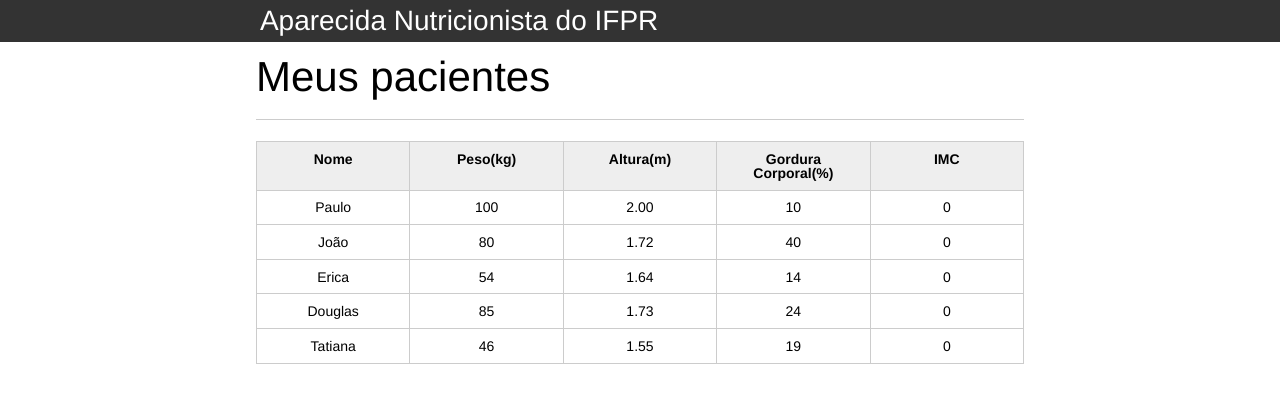
Repository: prof-fernando-alves/introducao-javascript
Page: index.html
The author's editor kept a copy of each file at every save. The page is drawn from the files as they stood at one save, then again after the next save.
The browser window is 1280 px wide. The pictures show the whole page.

Above is the page before, as saved 2021-08-24 15:27:41.

### index.html
<!DOCTYPE html>
<html lang="pt-br">
	<head>
		<meta charset="UTF-8">
		<title>Aparecida Nutrição</title>
		<link rel="icon" href="favicon.ico" type="image/x-icon">
		<link rel="stylesheet" type="text/css" href="css/reset.css">
		<link rel="stylesheet" type="text/css" href="css/index.css">

	</head>
	<body>

		<header>
			<div class="container">
				<h1 class="titulo">Aparecida Nutrição</h1>
			</div>
		</header>
		<main>
			<section class="container">
				<h2>Meus pacientes</h2>
				<table>
					<thead>
						<tr>
							<th>Nome</th>
							<th>Peso(kg)</th>
							<th>Altura(m)</th>
							<th>Gordura Corporal(%)</th>
							<th>IMC</th>
						</tr>
					</thead>
					<tbody id="tabela-pacientes">
						<tr class="paciente" id="primeiro-paciente">
							<td class="info-nome">Paulo</td>
							<td class="info-peso">100</td>
							<td class="info-altura">2.00</td>
							<td class="info-gordura">10</td>
							<td class="info-imc">0</td>
						</tr>

						<tr class="paciente" id="segundo-paciente" >
							<td class="info-nome">João</td>
							<td class="info-peso">80</td>
							<td class="info-altura">1.72</td>
							<td class="info-gordura">40</td>
							<td class="info-imc">0</td>
						</tr>

						<tr class="paciente" >
							<td class="info-nome">Erica</td>
							<td class="info-peso">54</td>
							<td class="info-altura">1.64</td>
							<td class="info-gordura">14</td>
							<td class="info-imc">0</td>
						</tr>

						<tr class="paciente">
							<td class="info-nome">Douglas</td>
							<td class="info-peso">85</td>
							<td class="info-altura">1.73</td>
							<td class="info-gordura">24</td>
							<td class="info-imc">0</td>
						</tr>
						<tr class="paciente" >
							<td class="info-nome">Tatiana</td>
							<td class="info-peso">46</td>
							<td class="info-altura">1.55</td>
							<td class="info-gordura">19</td>
							<td class="info-imc">0</td>
						</tr>
					</tbody>
				</table>

			</section>
		</main>
		<script>
			var titulo = document.querySelector(".titulo");
			titulo.textContent = "Aparecida Nutricionista do IFPR";

			var paciente = document.querySelector("#segundo-paciente")
			console.log(paciente)

			var tdpeso = paciente.querySelector(".info-peso")
			var peso = tdpeso.textContent

			var tdAltura = paciente.querySelector(".info-altura");
			var altura = tdAltura.textContent;

			var imc = peso / (altura * altura)
			console.log(imc)

		</script>
	</body>
</html>

### css/index.css
*{
	box-sizing: border-box;
 }

body{
	font-family: "Helvetica Neue", "Helvetica", Helvetica, Arial, sans-serif;
	font-size: 14px;
}

header{
	background-color: #333;
	height: 3em;
	color: #FFF;
	margin-bottom: 1em;
}

header h1{
	font-size: 2em;
	display:inline-block;
	vertical-align:	middle;
}
header h2{
	font-size: 2em;
	display:inline-block;
	vertical-align:	middle;
}

header .container:before{
	content: '';
	display:inline-block;
	height: 100%;
	vertical-align:	middle;
}

.container{
	width: 60%;
	height: 100%;
	margin: 0 auto;
}

section{
	margin: 2em 0;
	overflow: hidden;
}

section h2{
	font-size: 3em;
	display: block;
	padding-bottom: .5em;
	border-bottom: 1px solid #ccc;
	margin-bottom: .5em;
}

table{
	width: 100%;
	margin-bottom : .5em;
    table-layout: fixed;

}

td, th {
	padding: .7em;
	margin: 0;
	border: 1px solid #ccc;
	text-align: center;
}

th{
	font-weight: bold;
	background-color: #EEE;
}

label{
	color: #555;
	display: block;
	margin-bottom: .2em;
}

.campo{
	margin: 0;
	padding-bottom: 1em;
	width: 100%;
	border: 1px solid #ccc;
	padding: .7em;
	width: 100%;
}

.campo-medio{
	display: inline-block;
	padding-right: .5em;
}

.grupo{
	width: 32%;
	display: inline-block;
	padding: 10px 0px;
}

button{
	padding: .5em 2em;
	border: 0;
	border-bottom: 3px solid;
	font-size: 1.2em;
	cursor: pointer;
	margin: 0;
	margin-top: -3px;
	color: #fff;
	background-color:#0c8cd3;
	border-color: #04324c;
	width: 20%;
    display: block;
    clear: both;
    margin: 10px 0px;

}

button:active{
	margin-top:0px;
	border: 0;
}

button[disabled=disabled], button:disabled {
    background-color: gray;
	border-color: darkgray;

}

.adicionar-paciente{
    margin-top: 30px;
}

.campo-invalido{
	border: 1px solid red;
}

Loaded but not shown: css/reset.css (common file)

After the next save:
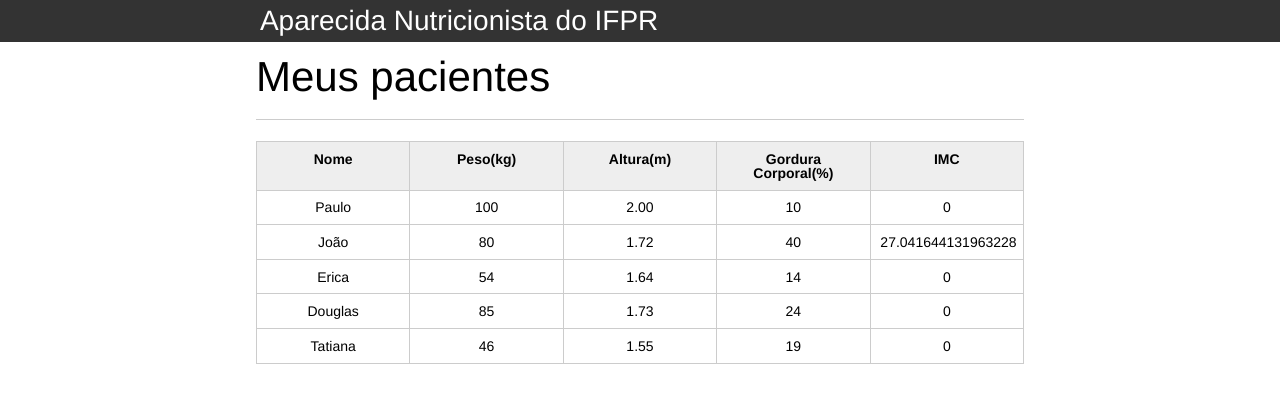
Saved 8 min 54 s later.
--- a/index.html
+++ b/index.html
@@ -87,6 +87,8 @@
 
 			var imc = peso / (altura * altura)
 			console.log(imc)
+			tdimc = paciente.querySelector(".info-imc")
+			tdimc.textContent = imc
 
 		</script>
 	</body>

After the save that followed:
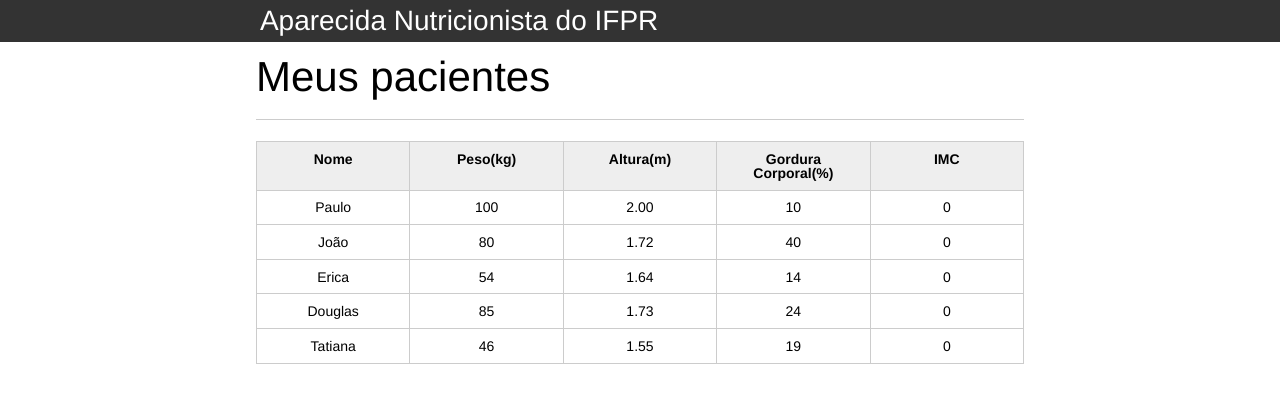
Console error: ReferenceError: Cannot access 'tdimc' before initialization
Saved 90 s later.
--- a/index.html
+++ b/index.html
@@ -88,7 +88,8 @@
 			var imc = peso / (altura * altura)
 			console.log(imc)
 			tdimc = paciente.querySelector(".info-imc")
-			tdimc.textContent = imc
+			let tdimc = paciente.querySelector(".info-imc")
+				tdimc.textContent = imc.toFixed(2)
 
 		</script>
 	</body>
